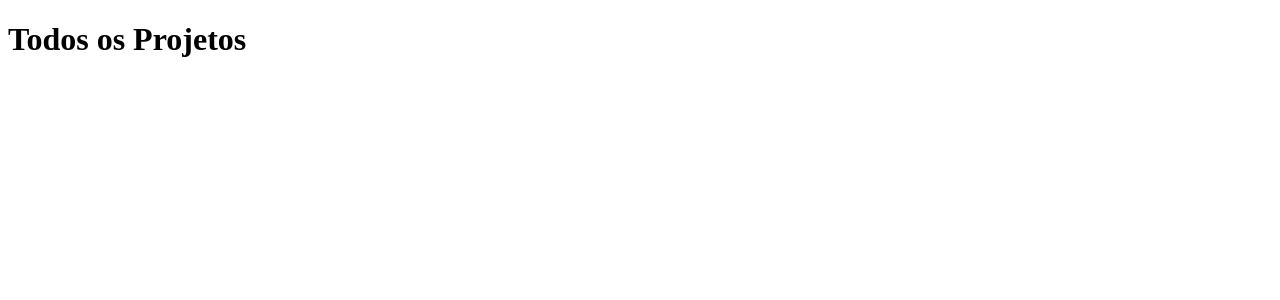
Repository: OmagnetFirel/basico-javaweb
Page: http://localhost/DEVManager/ListarTodosProjetos?np=/read/listarProjetos.jsp
These files come from the project's save history. The page is drawn as it stood at one moment and after the next save; the edit follows.
The browser window is 1280 px wide. The pictures show the whole page.
The page is served by Tomcat 9. Queries for data that is not in the repository find no rows.

Above is the page before, as saved 2023-04-23 17:37:45.

After the next save:
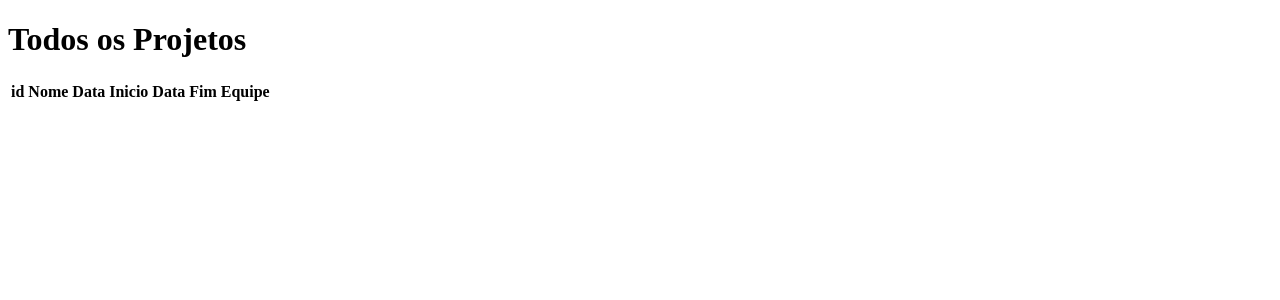
Saved 2 min 0 s later.
--- a/DEVManager/src/main/webapp/read/listarProjetos.jsp
+++ b/DEVManager/src/main/webapp/read/listarProjetos.jsp
@@ -9,6 +9,36 @@
 </head>
 <body>
 	<h1>Todos os Projetos</h1>
+	<table>
+		<tr>
+			<th>id</th>
+			<th>Nome</th>
+			<th>Data Inicio</th>
+			<th>Data Fim</th>
+			<th>Equipe</th>
+		</tr>
 
+		<c:forEach var="projeto" items="${projetos}">
+			<tr>
+				<td>
+					${projeto.id}
+				</td>
+				<td>
+					${projeto.nome}
+				</td>
+				<td>
+					${projeto.data_inicio}
+				</td>
+				<td>
+					${projeto.data_fim}
+				</td>
+				<td>
+					${projeto.equipe.nome}
+				</td>
+			</tr>
+		</c:forEach>
+
+
+	</table>
 </body>
 </html>
